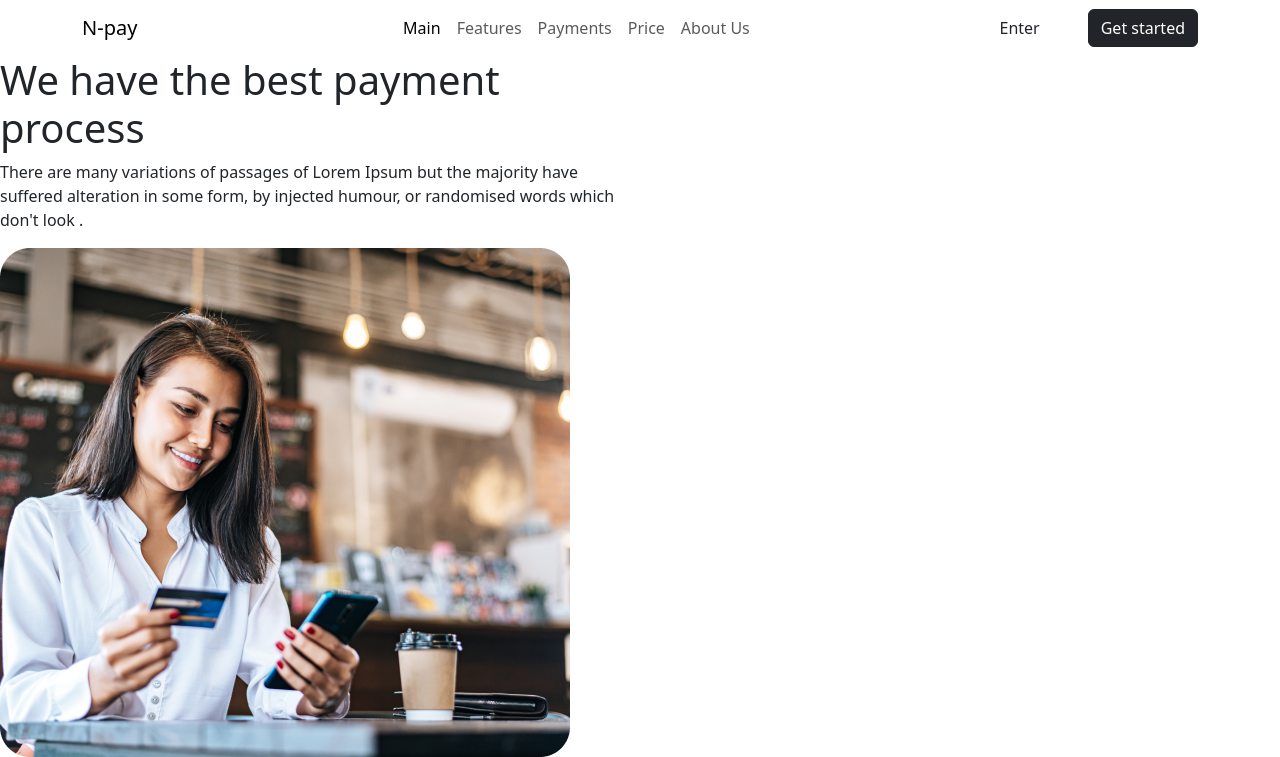
Repository: Senianga/N-pay
Page: index.html
An editor plug-in stored every save of this project. The page is shown before and after a run of saves, followed by the edit.
The browser window is 1280 px wide. The pictures show the whole page.
The style sheet was rebuilt from its Sass, Less or Tailwind sources for each picture, by a compiler version that may differ from the author's.

Above is the page before, as saved 2023-05-01 14:45:00.

### index.html
<!doctype html>
<html lang="en">
  <head>
    <meta charset="utf-8">
    <meta name="viewport" content="width=device-width, initial-scale=1">
    <title>N-pay</title>
    <link rel="stylesheet" href="css/normalize.css">
    <link href="https://cdn.jsdelivr.net/npm/bootstrap@5.3.0-alpha3/dist/css/bootstrap.min.css" rel="stylesheet" integrity="sha384-KK94CHFLLe+nY2dmCWGMq91rCGa5gtU4mk92HdvYe+M/SXH301p5ILy+dN9+nJOZ" crossorigin="anonymous">
    <link rel="stylesheet" href="css/style.css">
  </head>
  <body>
    <header>
        <nav class="navbar navbar-expand-lg ">
            <div class="container">
              <a class="navbar-brand" href="#">N-pay</a>
              <button class="navbar-toggler" type="button" data-bs-toggle="collapse" data-bs-target="#navbarSupportedContent" aria-controls="navbarSupportedContent" aria-expanded="false" aria-label="Переключатель навигации">
                <span class="navbar-toggler-icon"></span>
              </button>
              <div class="collapse navbar-collapse" id="navbarSupportedContent">
                <ul class="navbar-nav ms-auto mb-2 mb-lg-0">
                  <li class="nav-item">
                      <a class="nav-link active" aria-current="page" href="#">Main</a>
                  </li>
                  <li class="nav-item">
                    <a class="nav-link"  href="#">Features</a>
                  </li>
                  <li class="nav-item">
                    <a class="nav-link" href="#">Payments</a>
                  </li>
                  <li class="nav-item dropdown">
                    <a class="nav-link" href="#" role="button" data-bs-toggle="dropdown" aria-expanded="false">
                      Price
                    </a>

                  </li>                 <li class="nav-item">
                    <a class="nav-link">About Us</a>
                  </li>
                </ul>
                <div class="bavbar-nav d-flex align-items-lg-center ms-auto mb-2 mb-lg-0">
                    <a class="nav-link me-5" href="#">Enter</a>
                    <button class="btn btn-dark ms-auto" type="submit">Get started</button>
                </div>
              </div>
            </div>
          </nav>
    </header>
    <main>
        <container-main class="bg-body-tertiary">
            <row>
                <div class="col-mg-6 col-sm-12">
                    <h1 class="col-5">
                        We have the best
                        payment process
                    </h1>
                    <p class="col-6">
                        There are many variations of passages of Lorem Ipsum
 but the majority have suffered alteration in some form, by injected humour, or randomised words which don't look .
                    </p>
                </div>
                <img src="img/image.png" alt="Main picture" class="img-fluid col">
            </row>

        </container-main>
    </main>




    <script src="https://cdn.jsdelivr.net/npm/bootstrap@5.3.0-alpha3/dist/js/bootstrap.bundle.min.js" integrity="sha384-ENjdO4Dr2bkBIFxQpeoTz1HIcje39Wm4jDKdf19U8gI4ddQ3GYNS7NTKfAdVQSZe" crossorigin="anonymous"></script>
  </body>
</html>
<!-- <div class="collapse navbar-collapse" id="navbarNav">
    <div class=" nav justify-content-center">
        <a class="nav-link active" aria-current="page" href="#">Main</a>
        <a class="nav-link" href="#">Featers</a>
        <a class="nav-link" href="#">Payments</a>
        <a class="nav-link" href="#">Price</a>
        <a class="nav-link" href="#">About Us</a>
    </div>
</div>
<div class="collapse navbar-collapse" id="navbarNav">
    <a class="nav-link" href="#">Enter</a>
    <button class="btn btn-outline-secondary" type="submit">Поиск</button>

</div>
</div>
</nav> -->

<!-- <div class="container">
    <nav class="navbar navbar-expand-lg bg-body-tertiary">
      <div class="container-fluid">
        <a class="navbar-brand bg-dark col-2 mb-0 h-1" href="#">N-pay</a>
            <button class="navbar-toggler" type="button" data-bs-toggle="collapse" data-bs-target="#navbarSupportedContent" aria-controls="navbarSupportedContent" aria-expanded="false" aria-label="N-pay">
                <span class="navbar-toggler-icon"></span>
            </button>
        <div class="collapse navbar-collapse bg-primary " id="navbarSupportedContent">
            <div class="navbar-nav">
                <a class="nav-link" href="#">Main</a>
                <a class="nav-link" href="#">Features</a>
                <a class="nav-link" href="#">Payments</a>
                <a class="nav-link" href="#">Price</a>
                <a class="nav-link" href="#">About Us</a>
            </div>

            <div class="nav justify-content-end bg-danger col-3">
                <a class="nav-link" href="#">Enter</a>
                <button class="btn btn-dark" type="submit">Get started</button>
            </div>
        </div>
    </nav>
  </div> -->

### style.scss
:root {
    --bg2: #F4F7FC;
}

Loaded but not shown: css/normalize.css (no stored copy; drawn as an empty file)

After the next 6 saves:
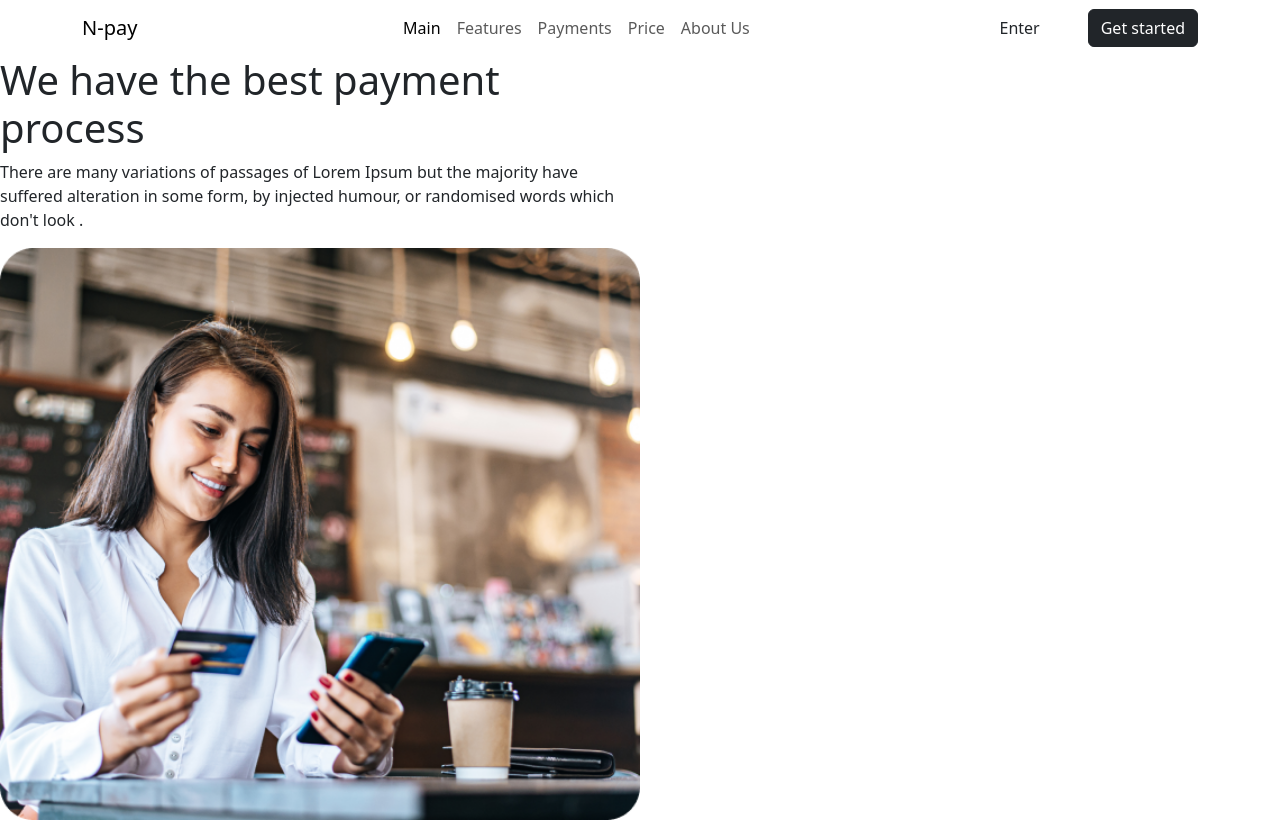
The 6 saves are shown as one change because they came seconds apart.
The last was saved 19 s later.
--- a/index.html
+++ b/index.html
@@ -57,7 +57,7 @@
  but the majority have suffered alteration in some form, by injected humour, or randomised words which don't look .
                     </p>
                 </div>
-                <img src="img/image.png" alt="Main picture" class="img-fluid col">
+                <img src="img/image.png" alt="Main picture" class="img-fluid col-md-6 col-sm-12">
             </row>
 
         </container-main>
